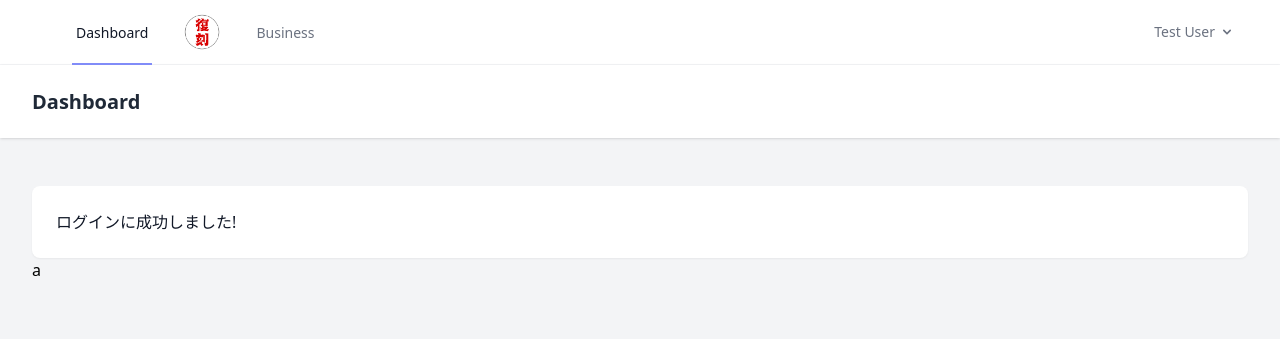
Repository: kyoko-shiraishi/Reproduce
Page: http://localhost/dashboard
An editor plug-in stored every save of this project. The page is shown before and after the next save, followed by the edit.
The browser window is 1280 px wide. The pictures show the whole page.
Some web libraries are served in a nearby version. The page is served by the project's Laravel application, run on PHP 8.4 with Laravel 12. A made-up administrator, Test User (test@example.com), is signed in. Style sheets and scripts are compiled from the project's sources, by tool versions that may differ from the author's. Queries for data that is not in the repository find no rows.

Above is the page before, as saved 2024-10-24 20:11:17.

After the next save:
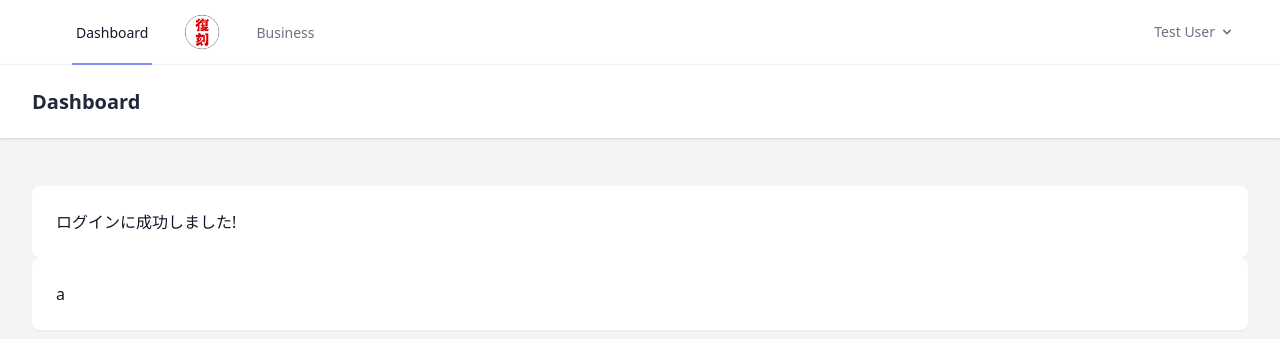
Saved 26 s later.
--- a/resources/views/dashboard.blade.php
+++ b/resources/views/dashboard.blade.php
@@ -13,7 +13,11 @@
                     {{ __("ログインに成功しました!") }}
                 </div>
             </div>
-            <p>a</p>
+            <div class="bg-white overflow-hidden shadow-sm sm:rounded-lg">
+                <div class="p-6 text-gray-900">
+                    a
+                </div>
+            </div>
         </div>
     </div>
 </x-app-layout>
